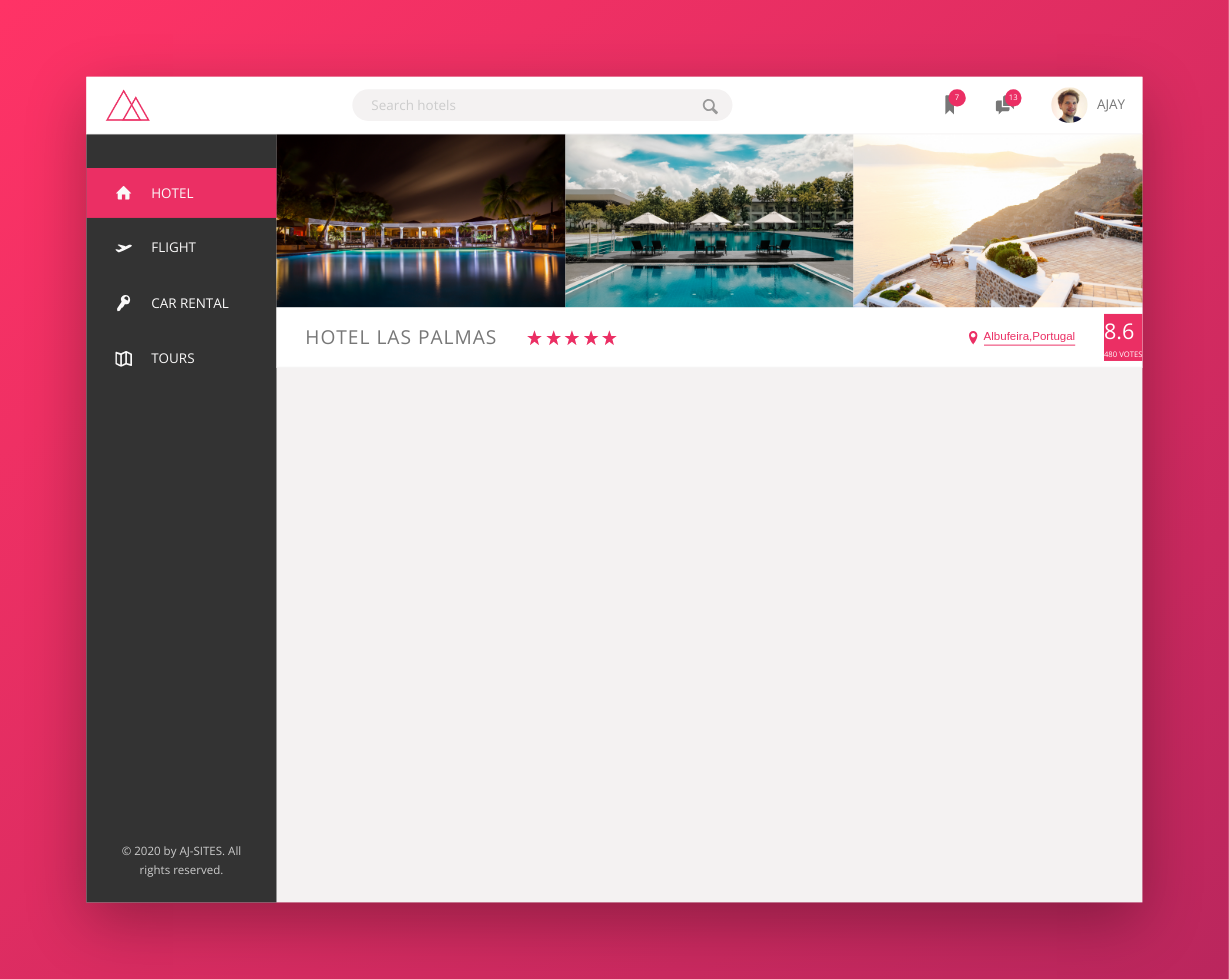
Repository: ajayaj2001/modern-Hotel
Page: /
An editor plug-in stored every save of this project. The page is shown before and after the next save, followed by the edit.
The browser window is 1280 px wide. The pictures show the whole page, at 96% of full size.
The project was rebuilt for these pictures with package versions that can differ from the ones it lists, and the page was loaded fresh each time.

Above is the page before, as saved 2020-12-13 21:36:23.

After the next save:
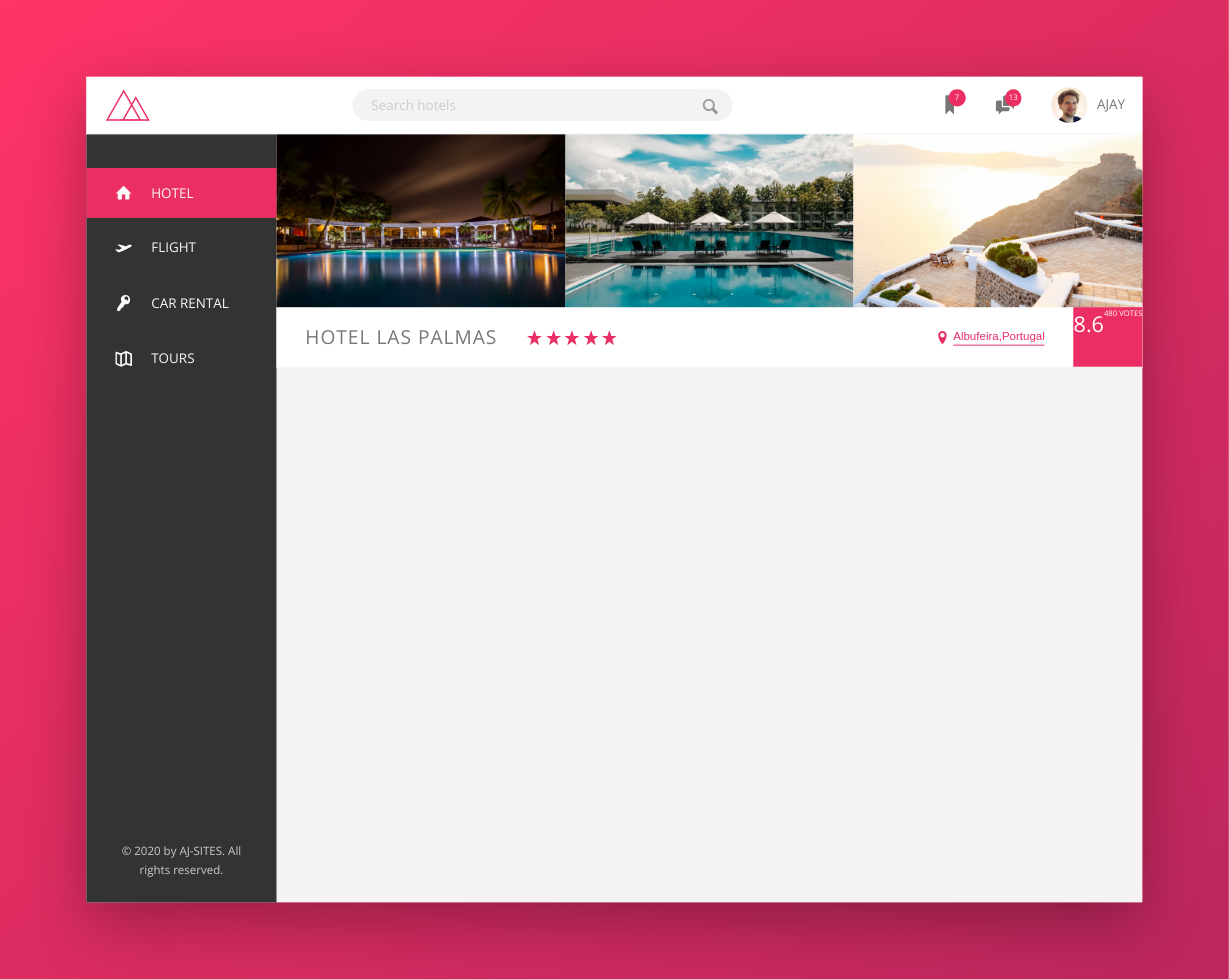
Saved 87 s later.
--- a/src/hotel-view/overview/Overview.scss
+++ b/src/hotel-view/overview/Overview.scss
@@ -35,7 +35,8 @@
         align-items: center;
     }
     &__rating {
-        height: 100%;
+        display: flex;
+        align-self: stretch;
         background-color: var(--color-primary);
         color: #fff;
         margin-left: 3rem;
